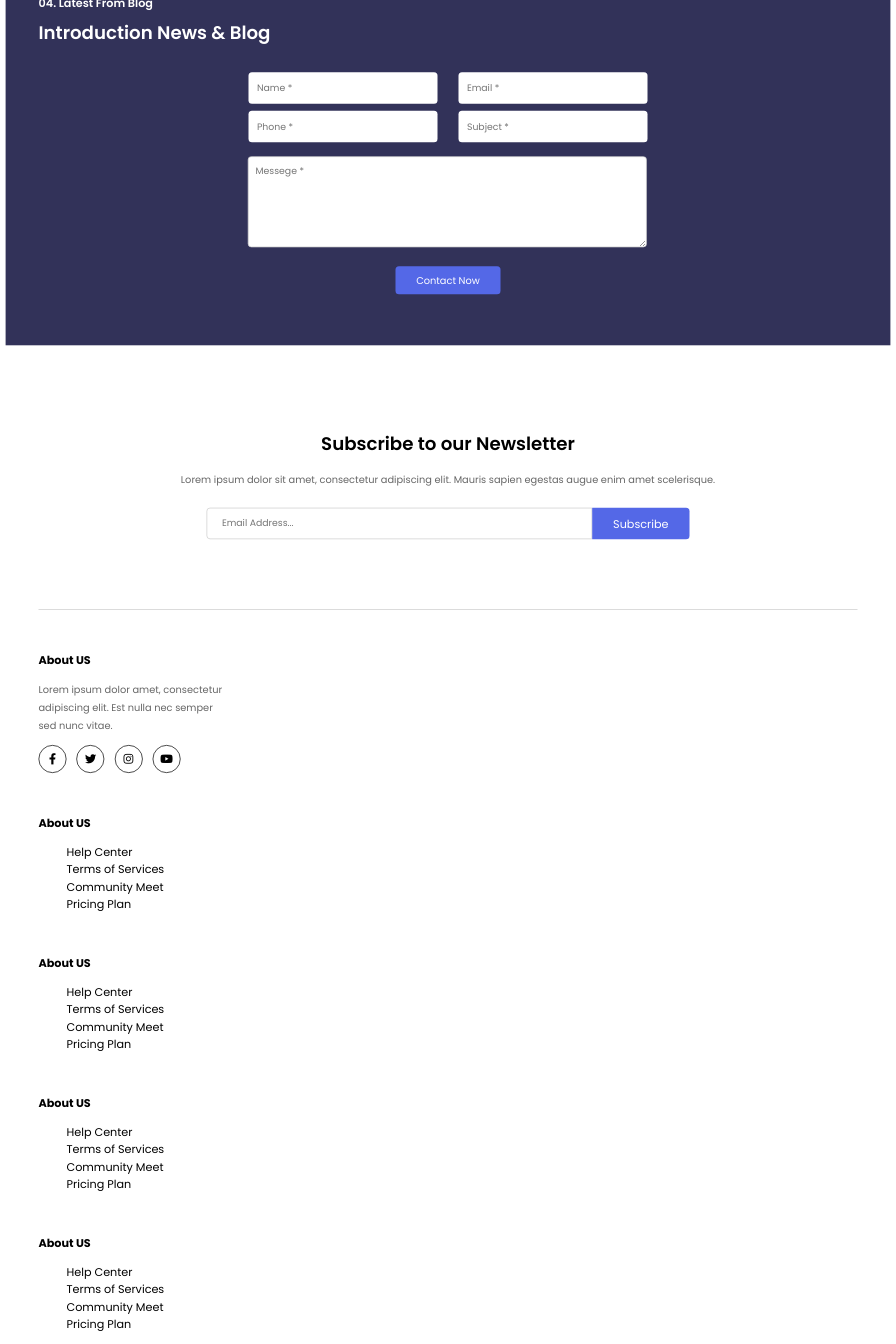
Repository: tranchi0120/LangdingPage-Htmlcss-Ago
Page: index.html
These files come from the project's save history. The page is drawn as it stood at one moment and after the next save; the edit follows.
The browser window is 1280 px wide. The pictures show the part of the page from y = 4456 to 6376 px (the page is 6376 px tall before and 5568 px after), at 70% of full size.
Some web libraries are served in a nearby version. The style sheet was rebuilt from its Sass, Less or Tailwind sources for each picture, by a compiler version that may differ from the author's.

Above is the page before, as saved 2022-07-15 12:43:10.

After the next save:
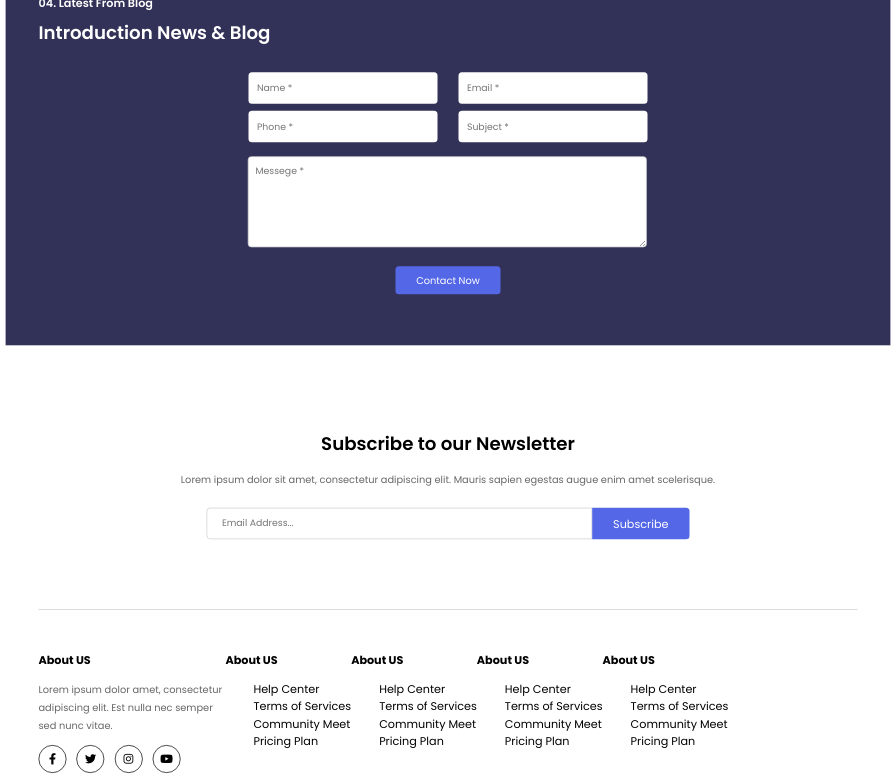
Saved 24 s later.
--- a/sass/_footer.scss
+++ b/sass/_footer.scss
@@ -1,4 +1,7 @@
 .footer {
+    &-top {
+        display: flex;
+    }
     &-icon {
         margin-right: 10px;
         border: 1px solid;
